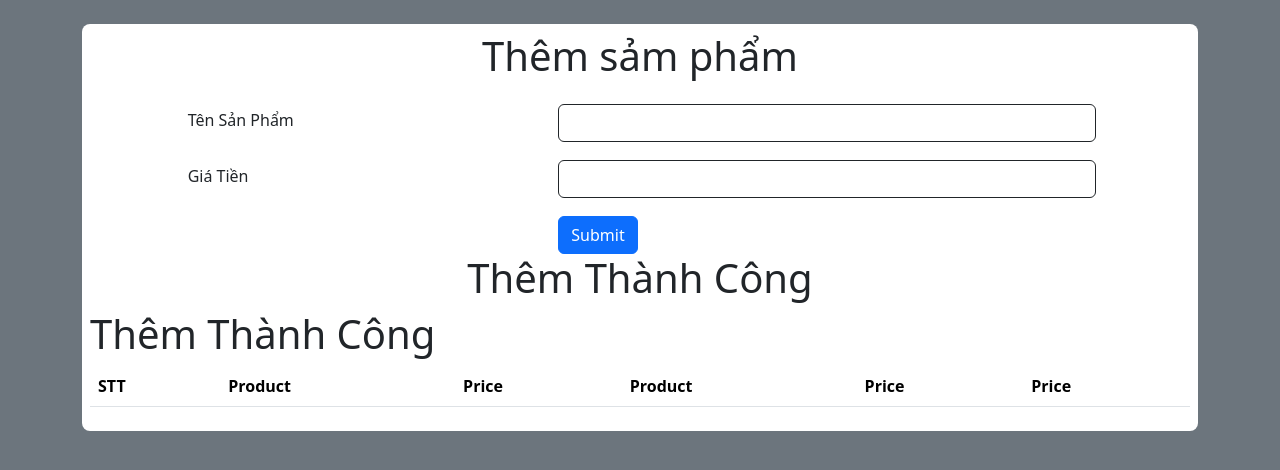
Repository: HT-35/iuh
Page: thi GK/index.html
These files come from the project's save history. The page is drawn as it stood at one moment and after a run of saves; the edit follows.
The browser window is 1280 px wide. The pictures show the whole page.

Above is the page before, as saved 2024-03-27 18:35:37.

### thi GK/index.html
<!DOCTYPE html>
<html lang="en">

<head>
  <meta charset="UTF-8">
  <meta name="viewport" content="width=device-width, initial-scale=1.0">
  <title>Call API from Form Input</title>
  <link href="https://cdn.jsdelivr.net/npm/bootstrap@5.3.3/dist/css/bootstrap.min.css" rel="stylesheet">
</head>

<body class="container bg-secondary">

  <div class="row">

    <!-- <div class="col-sm-3 col-md-3 col-lg-3"></div> -->

    <div class="col-12 col-sm-12 col-md-12 col-lg-12">
      <div class="  bg-white rounded-3 p-2 w-100 mt-4">
        <div class="row">

          <div class="title col-12 col-sm-12 col-md-12 col-lg-12">
            <h1 class="text-center">Thêm sảm phẩm</h1>
          </div>
        </div>

        <form action="#" class="">
          <div class="mb-3 mt-3 row">
            <div class="col-0 col-sm-2 col-md-2 col-lg-1  ">

            </div>
            <div class="col-6 col-sm-4 col-md-4 col-lg-4  ">
              <label for="name-product" class="form-label p-1">Tên Sản Phẩm</label>
            </div>
            <div class="col-6 col-sm-6 col-md-6 col-lg-6">
              <input type="text" class="form-control border border-dark" id="name-product" placeholder=""
                name="name-product">
            </div>
          </div>



          <div class="mb-3 mt-3 row">
            <div class="col-0 col-sm-2 col-md-2 col-lg-1  ">

            </div>
            <div class="col-6 col-sm-4 col-md-4 col-lg-4  ">
              <label for="price" class="form-label p-1">Giá Tiền</label>
            </div>
            <div class="col-6 col-sm-6 col-md-6 col-lg-6"><input type="number" class="form-control border border-dark"
                id="price" placeholder="" name="price"></div>
          </div>

          <div class="row">
            <div class=" col-4 col-sm-5 col-md-5 col-lg-5 "></div>
            <div class=" col-6 col-sm-3 col-md-3 col-lg-3 "><button type="button"
                class="btn  btn-primary">Submit</button>
            </div>
            <div class=" col-6 col-sm-4 col-md-4 col-lg-4 "></div>

          </div>

          <div class="table-responsive">
            <div class="title col-12 col-sm-12 col-md-12 col-lg-12">
              <h1 class="text-center">Thêm Thành Công</h1>
            </div>
            <h1>Thêm Thành Công </h1>
            <table class="table">
              <thead>
                <tr>
                  <th>STT</th>
                  <th>Product</th>
                  <th>Price</th>
                  <th>Product</th>
                  <th>Price</th>
                  <th>Price</th>
                </tr>
              </thead>
              <tbody id="insertData">
                <!-- <tr>
                                      <th scope="row">1</th>
                                      <td>iphone 15</td>
                                      <td>15.000.000</td>
                                      <td>iphone 15</td>
                                      <td>15.000.000</td>
                                      <td>15.000.000</td>
                                    </tr> -->

              </tbody>
            </table>
          </div>
        </form>
        <div id="result"></div>
      </div>

    </div>


    <!-- <div class="col-sm-3 col-md-3 col-lg-3"></div> -->
  </div>



  <script src="https://cdn.jsdelivr.net/npm/bootstrap@5.3.3/dist/js/bootstrap.bundle.min.js"></script>
  <script src="./js/script.js"></script>
</body>

</html>

### thi GK/js/script.js
document.addEventListener("DOMContentLoaded", async () => {
  const btn = document.querySelector(".btn");

  const callApi = async (product) => {
    const res = await fetch("http://localhost:3000/product/create", {
      method: "POST",
      headers: {
        "Content-Type": "application/json", // Thêm header Content-Type
      },
      body: JSON.stringify(product),
    });
    const data = await res.json();
    return data;
  };

  btn.addEventListener("click", async () => {
    const nameProduct = document.querySelector("#name-product").value;
    const price = document.querySelector("#price").value;

    const product = {
      product: nameProduct,
      price: price,
    };

    const dataApi = await callApi(product);
    console.log(dataApi);
    // console.log(product);
  });
});

After the next 2 saves:
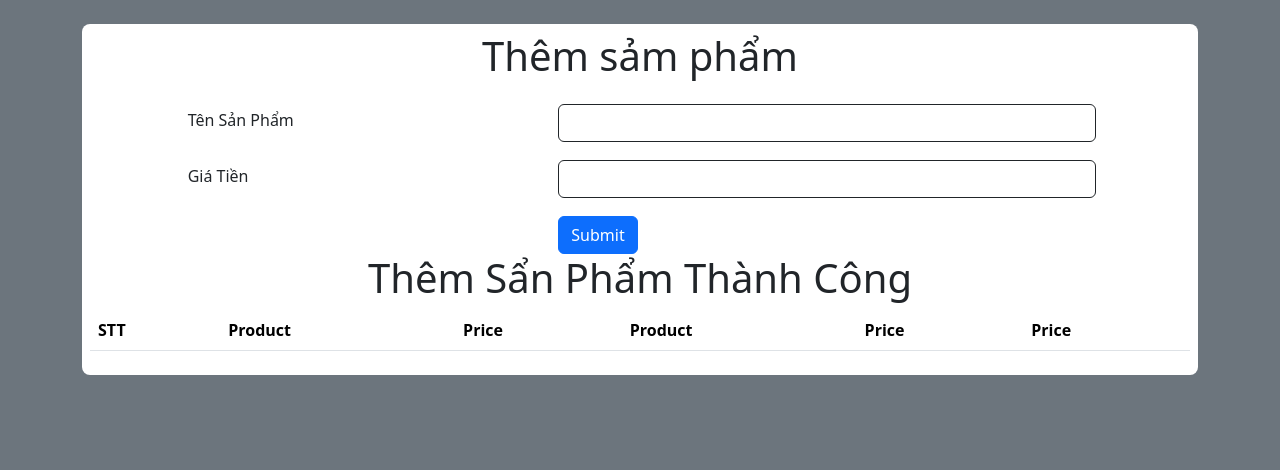
The 2 saves are shown as one change because they came seconds apart.
The last was saved 9 s later.
--- a/thi GK/index.html
+++ b/thi GK/index.html
@@ -61,9 +61,8 @@
 
           <div class="table-responsive">
             <div class="title col-12 col-sm-12 col-md-12 col-lg-12">
-              <h1 class="text-center">Thêm Thành Công</h1>
+              <h1 class="text-center">Thêm Sẩn Phẩm Thành Công</h1>
             </div>
-            <h1>Thêm Thành Công </h1>
             <table class="table">
               <thead>
                 <tr>
